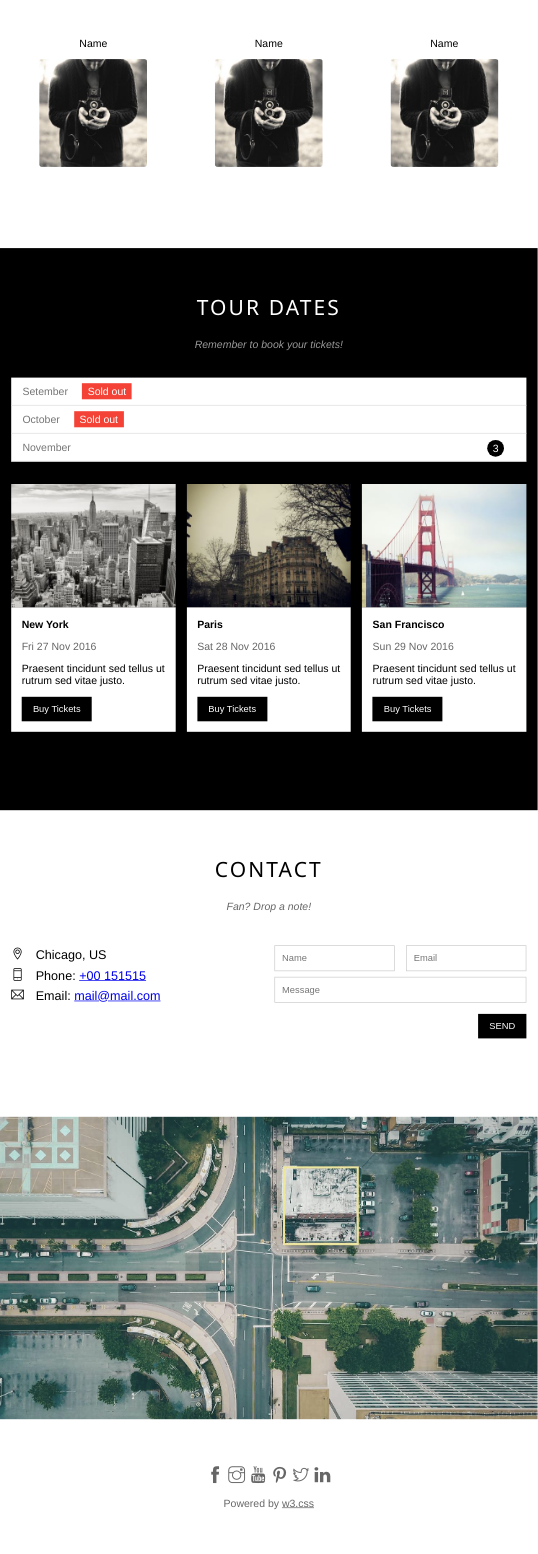
Repository: Lehau79/w3_band
Page: index.html
These files come from the project's save history. The page is drawn as it stood at one moment and after the next save; the edit follows.
The browser window is 768 px wide. The pictures show the part of the page from y = 748 to 2988 px (the page is 2968 px tall before and 2988 px after), at 70% of full size.

Above is the page before, as saved 2021-11-21 17:06:37.

After the next save:
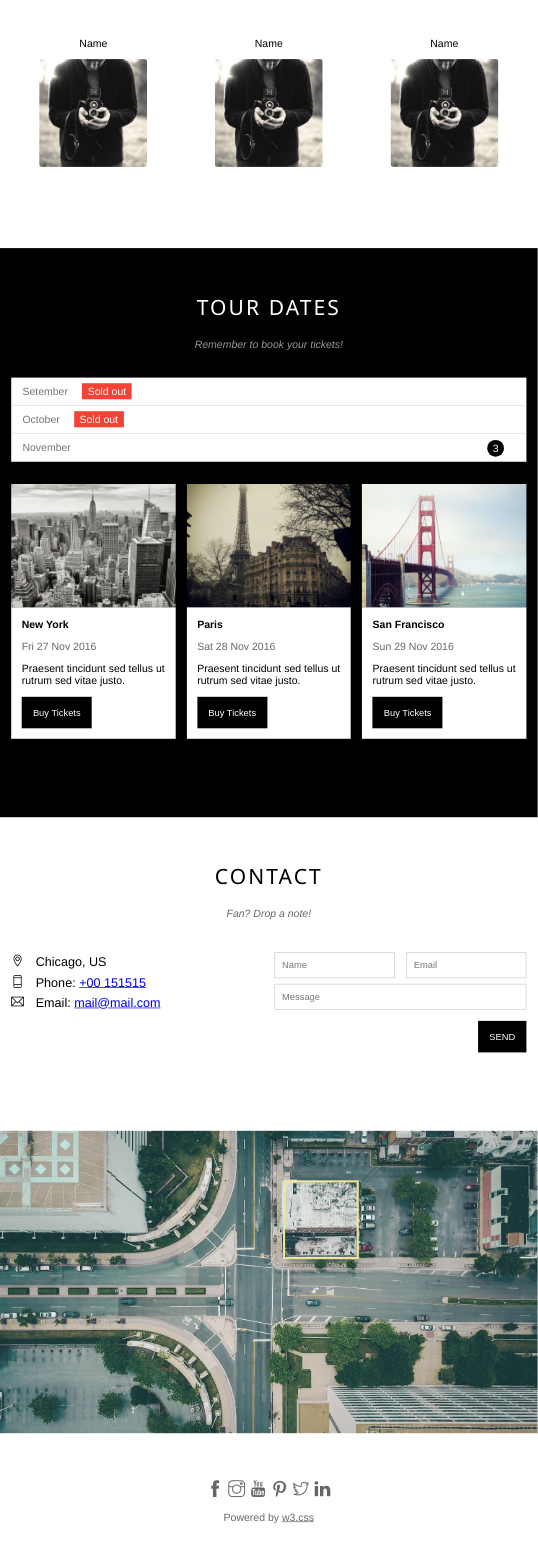
Saved 53 s later.
--- a/assets/css/responsive.css
+++ b/assets/css/responsive.css
@@ -3,9 +3,11 @@
 
 }
 
-/* PC */
+/* Tablet and Mobile */
 @media (max-width:1023px) {
-
+   .btn {
+       padding: 15px 16px;
+   }
 }
 /* Tablet */
 
